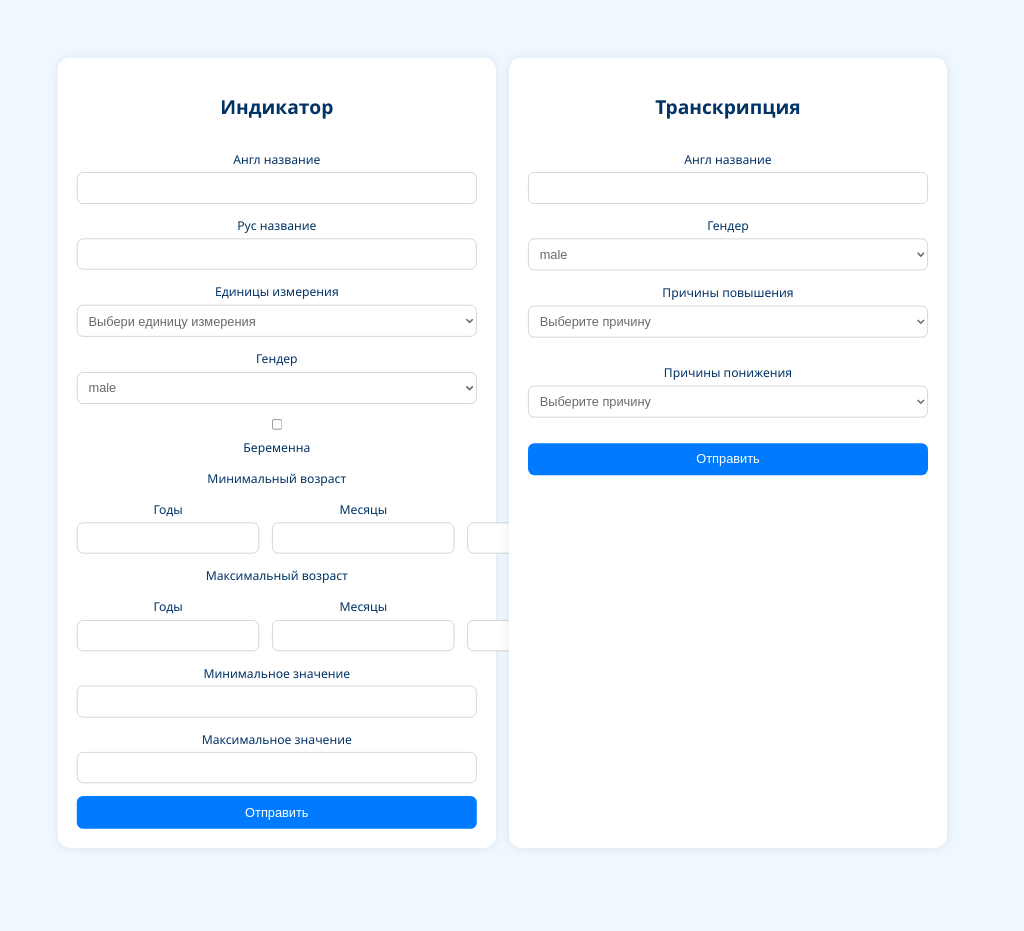
Repository: GGlebux/Transay
Page: / (app in frontend/)
These files come from the project's save history. The page is drawn as it stood at one moment and after the next save; the edit follows.
The browser window is 1280 px wide. The pictures show the whole page, at 80% of full size.
The project was rebuilt for these pictures with package versions that can differ from the ones it lists, and the page was loaded fresh each time. Also part of the build but not shown: frontend/vite.config.ts.

Above is the page before, as saved 2025-08-04 17:00:01.

After the next save:
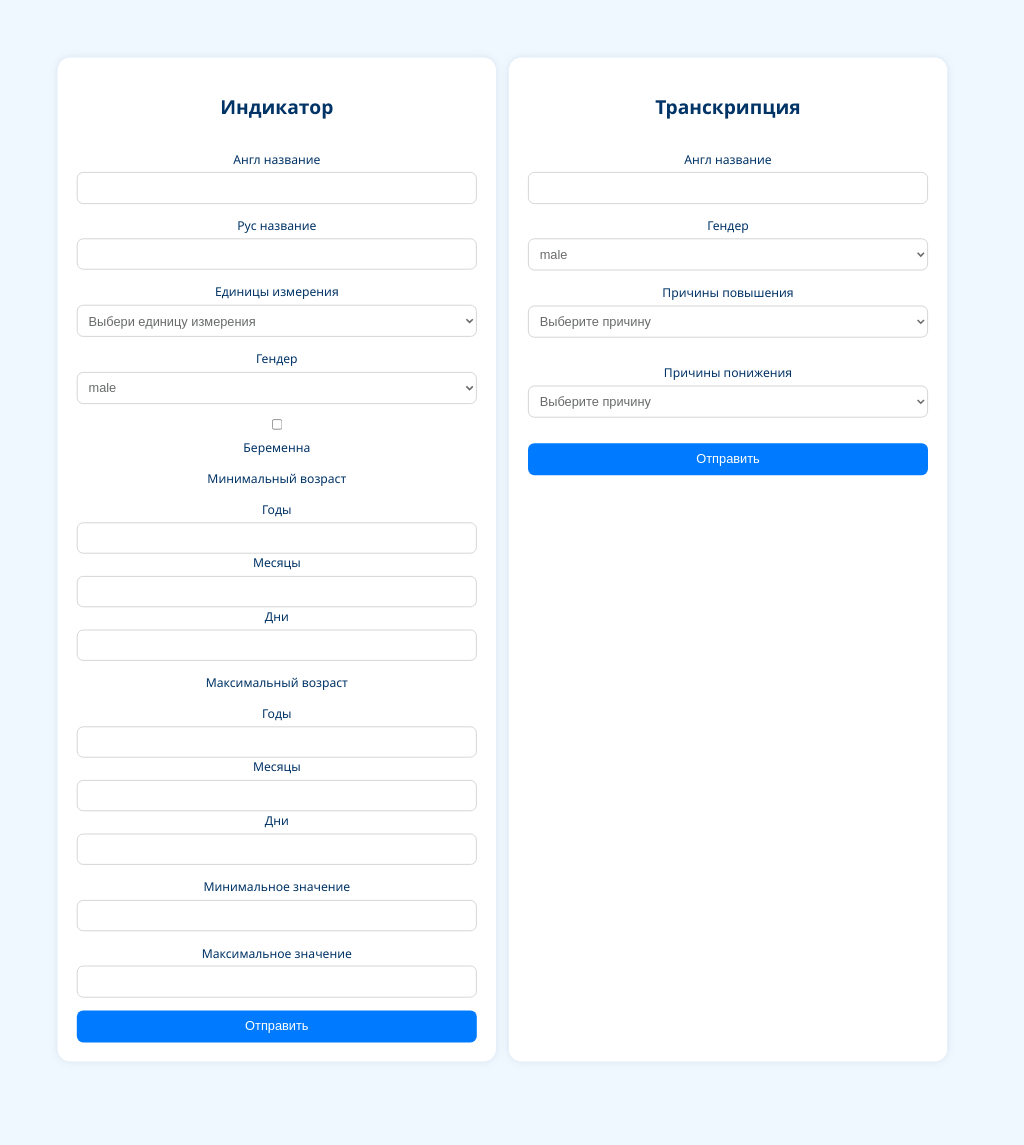
Saved 39 s later.
--- a/frontend/src/styles/forms.css
+++ b/frontend/src/styles/forms.css
@@ -66,7 +66,7 @@
 }
 
 .age-row {
-  display: flex;
+  display: il;
 
   gap: 1rem;
 }

After the save that followed:
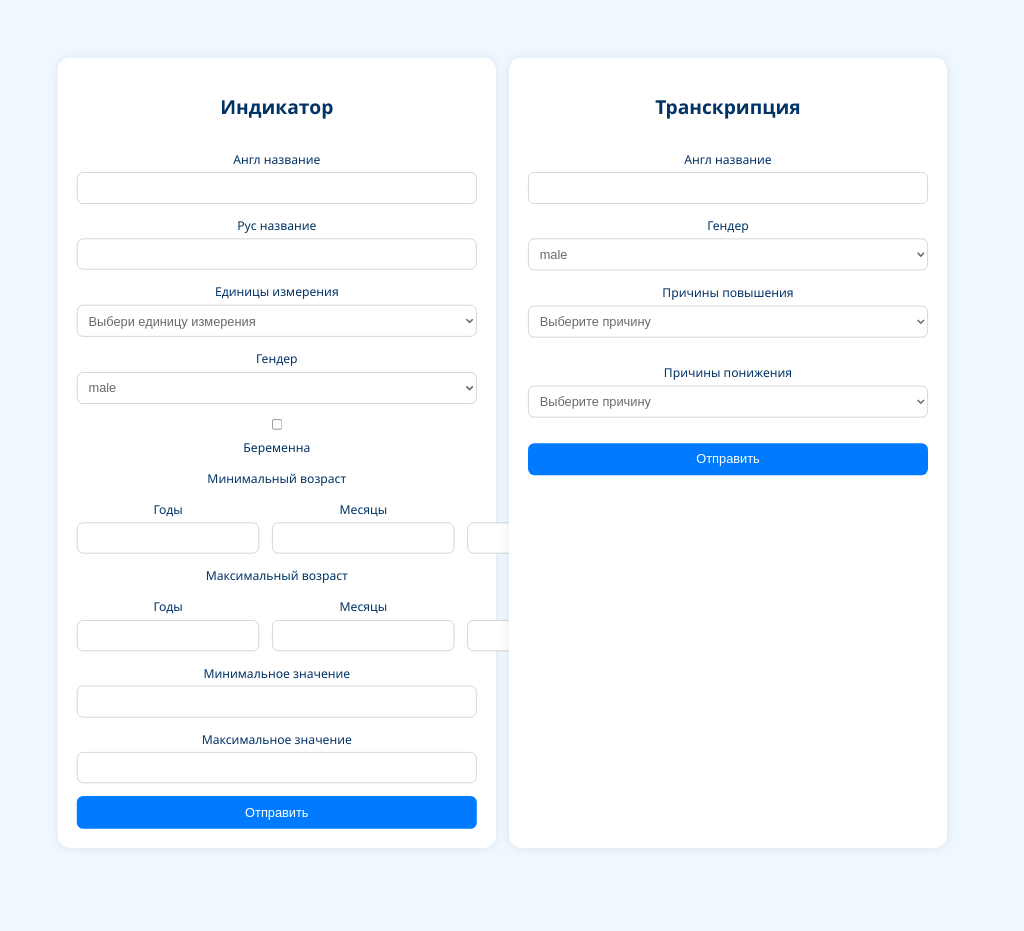
Saved 4 s later.
--- a/frontend/src/styles/forms.css
+++ b/frontend/src/styles/forms.css
@@ -66,7 +66,7 @@
 }
 
 .age-row {
-  display: il;
+  display: inline-flex;
 
   gap: 1rem;
 }
